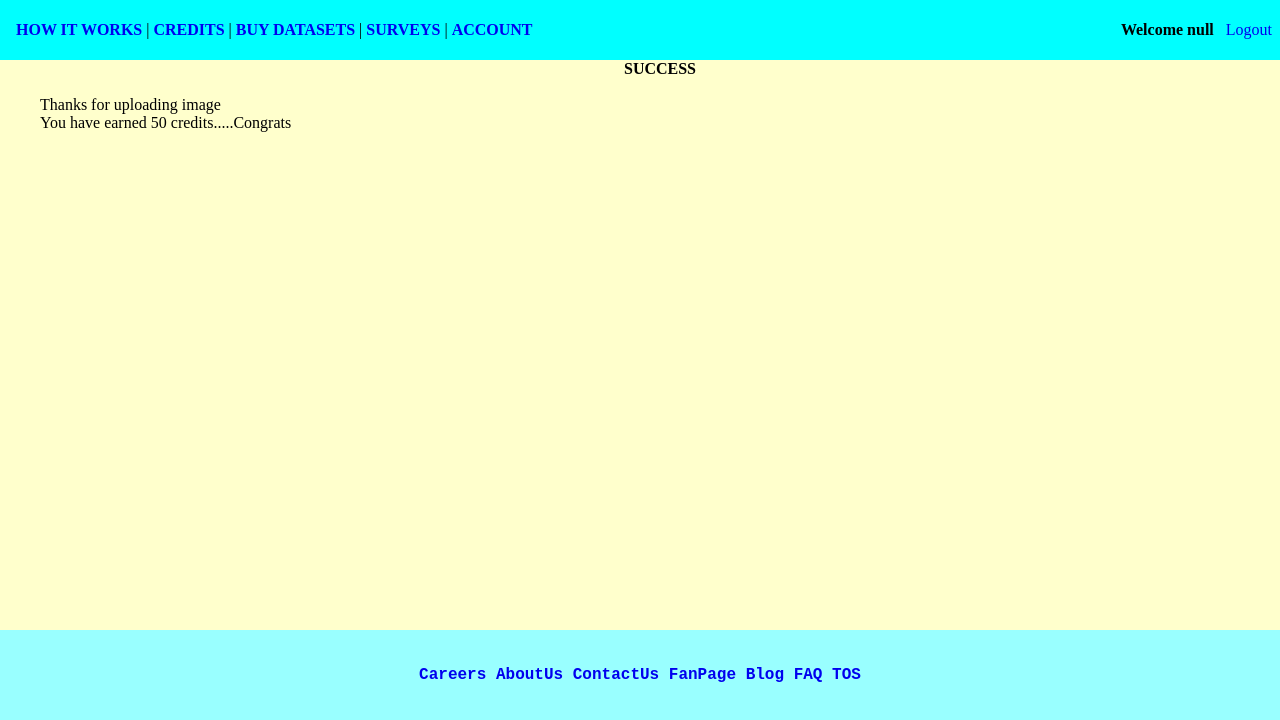
Repository: nicks707/LocoShack_TGMC-project
Page: http://localhost/ram/success.jsp
These files come from the project's save history. The page is drawn as it stood at one moment and after the next save; the edit follows.
The browser window is 1280 px wide. The pictures show the whole page.
The page is served by Tomcat 9. Queries for data that is not in the repository find no rows.

Above is the page before, as saved 2012-03-20 16:00:15.

After the next save:
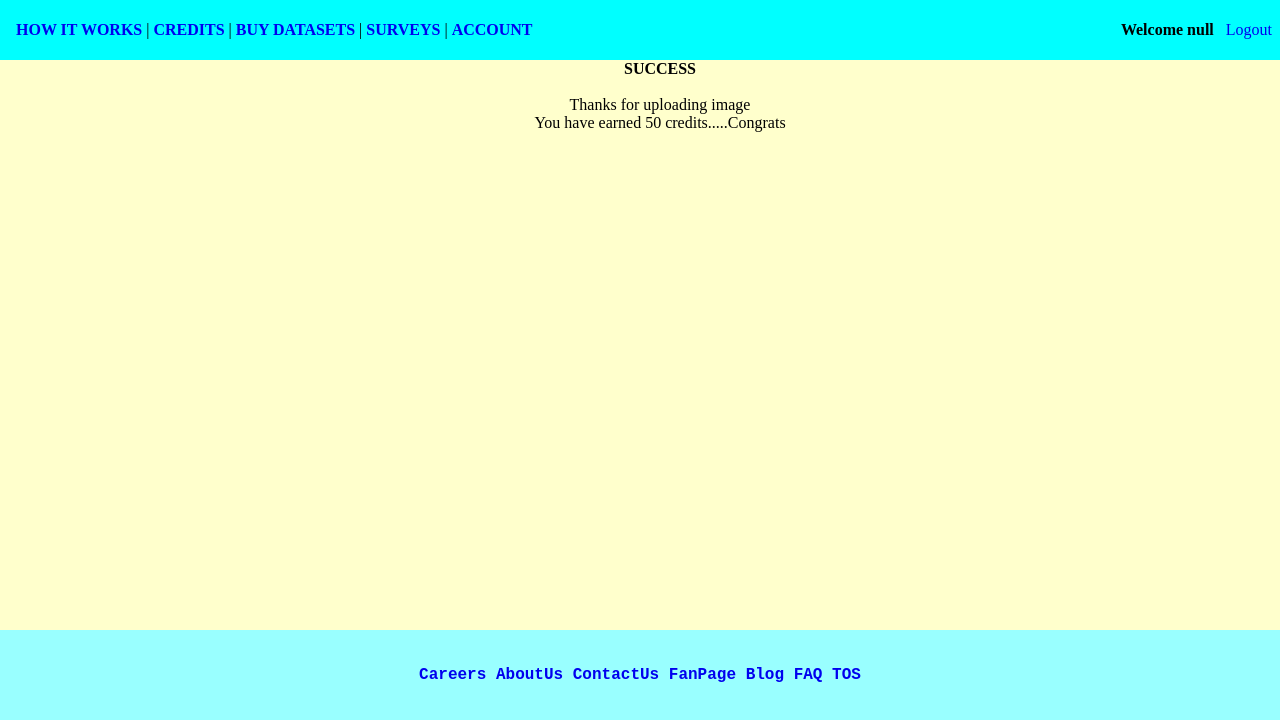
Saved 9 min 39 s later.
--- a/ram/WebContent/success.jsp
+++ b/ram/WebContent/success.jsp
@@ -18,8 +18,8 @@ html, body,table
 <tr height="60px"><td><jsp:include page="header2.jsp"></jsp:include></td></tr>
 <tr ><td style="padding-left:40px;" valign="top">
 <center><b>SUCCESS</b></center><br/>
-Thanks for uploading image<br/>
-You have earned 50 credits.....Congrats
+<center>Thanks for uploading image<br/>
+You have earned 50 credits.....Congrats</center>
 <%
 try{
 	String userid=(String)session.getAttribute("userid");
